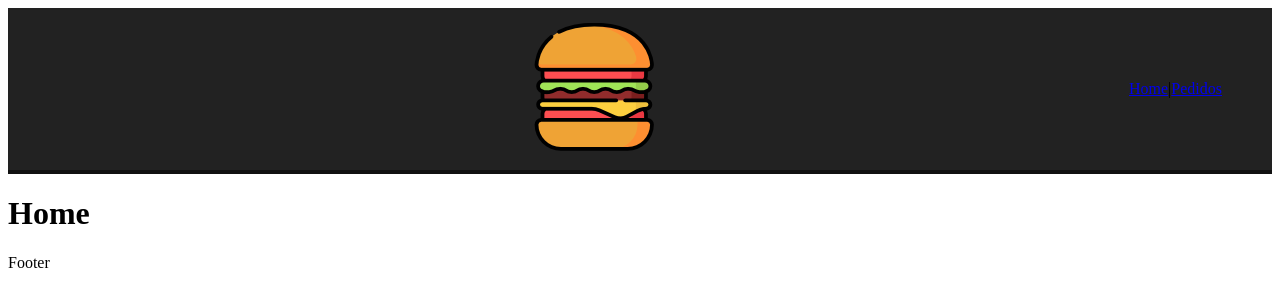
Repository: brunofa23/makeyourburguer
Page: /
The author's editor kept a copy of each file at every save. The page is drawn from the files as they stood at one save, then again after the next save.
The browser window is 1280 px wide. The pictures show the whole page.
The project was rebuilt for these pictures with package versions that can differ from the ones it lists, and the page was loaded fresh each time. Also part of the build but not shown: vue.config.js.

Above is the page before, as saved 2022-08-08 20:28:47.

### src/App.vue
<template>
  <Navbar :logo="logo_src" :alt="app_name"/>
  <router-view/>
  <Footer />
</template>

<script>
import Navbar from './components/Navbar.vue';
import Footer from './components/Footer.vue';

export default{
  components:{ Navbar, Footer },
  data(){
    return{
      logo_src:"/img/logo.png",
      app_name:"Make Your Burguer"
    }

  }
}

</script>

<style>

</style>

### src/router/index.js
import { createRouter, createWebHistory } from 'vue-router'
import HomeView from '../views/HomeView.vue'

const routes = [
  {
    path: '/',
    name: 'home',
    component: HomeView
  },
  {
    path: '/pedidos',
    name: 'Pedidos',
    // route level code-splitting
    // this generates a separate chunk (about.[hash].js) for this route
    // which is lazy-loaded when the route is visited.
    component: () => import(/* webpackChunkName: "about" */ '../views/PedidosView.vue')
  }
]

const router = createRouter({
  history: createWebHistory(process.env.BASE_URL),
  routes
})

export default router

### src/components/Navbar.vue
<template>
  <div id="nav">
    <router-link to="/" id="logo-url">
        <img :src="logo" :alt="alt" id="logo" >
    </router-link>
    <router-link to="/">Home</router-link> |
    <router-link to="/pedidos">Pedidos</router-link>
  </div>
</template>

<script>
export default {
    name:"Navbar",
    props:["logo", "alt"]
}
</script>

<style scoped>
#nav{
  background-color:#222 ;
  border-bottom: 4px solid #111;
  padding: 15px 50px;
  display: flex;
  justify-content: flex-end;
  align-items: center;


}

#logo-url{
  margin: auto;


}

</style>

### src/components/Footer.vue
<template>
    <P>Footer</P>
</template>


<script>
export default{
    name: "Footer"
}

</script>

### src/views/HomeView.vue
<template>
  <div class="home">
   <h1>Home</h1>
  </div>
</template>

<script>

</script>

Loaded but not shown: public/index.html (common file); src/main.js (common file)

After the next save:
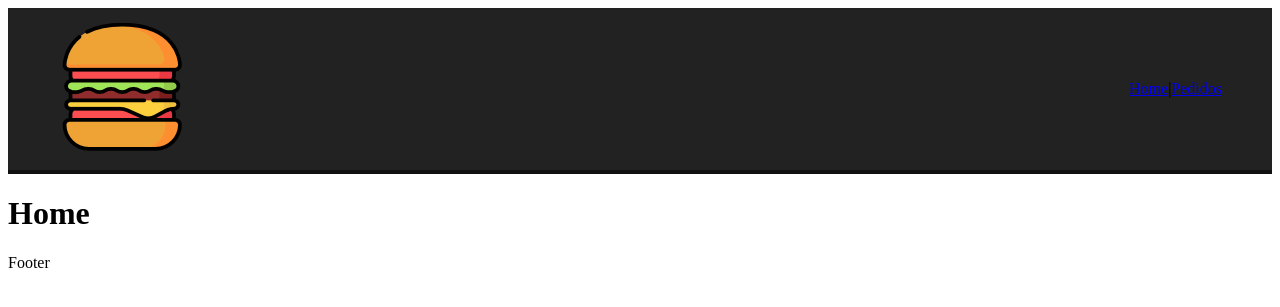
Saved 10 s later.
--- a/src/components/Navbar.vue
+++ b/src/components/Navbar.vue
@@ -29,6 +29,7 @@ export default {
 
 #logo-url{
   margin: auto;
+  margin-left: 0;
 
 
 }
